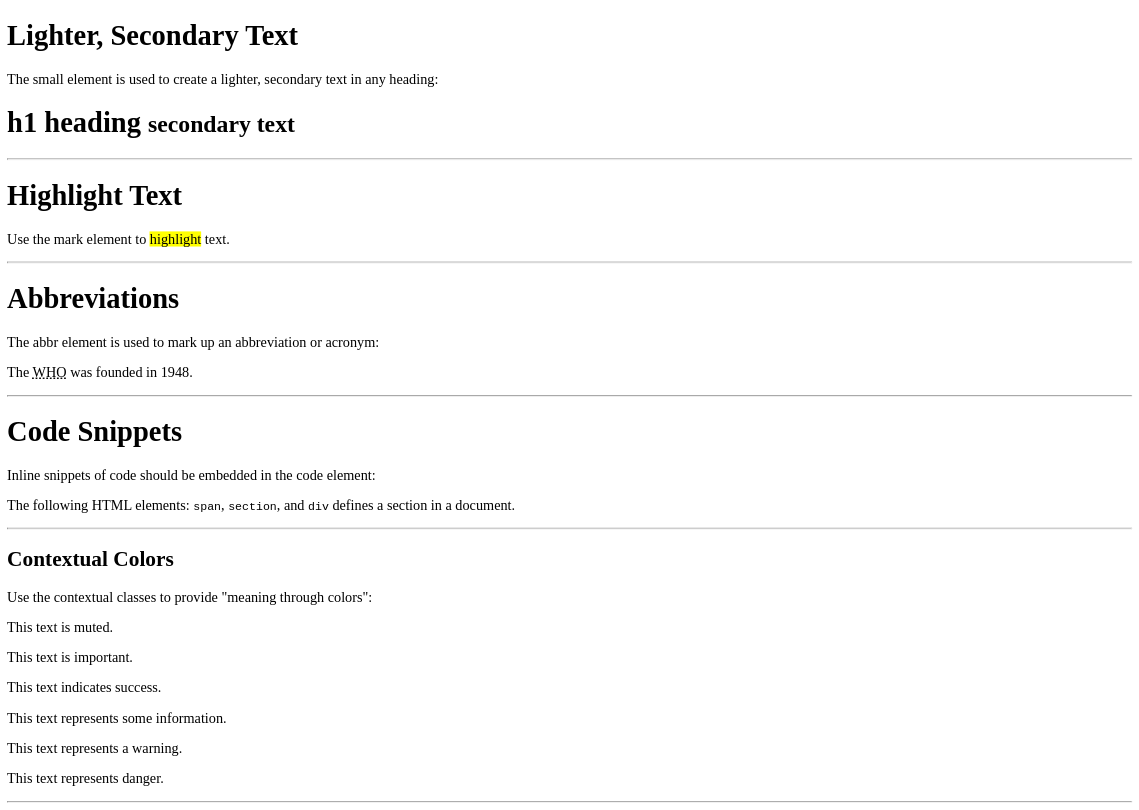
Repository: Sonalitanika/Assigment_IT17048842
Page: Lab09/WebContent/index.html
The author's editor kept a copy of each file at every save. The page is drawn from the files as they stood at one save, then again after the next save.
The browser window is 1280 px wide. The pictures show the whole page, at 89% of full size.

Above is the page before, as saved 2019-05-25 14:14:22.

### Lab09/WebContent/index.html
<!DOCTYPE html>
<html>
<head>
<meta charset="utf-8">
<title>Insert title here</title>
</head>
<body>

 <div class="row">
<h1>Lighter, Secondary Text</h1>
 <p>The small element is used to create a lighter,
secondary text in any heading:</p>
 <h1>h1 heading <small>secondary
text</small></h1> </div> <hr>

<div class="row">
<h1>Highlight Text</h1>
 <p>Use the mark element to
<mark>highlight</mark> text.</p>
 </div>
 <hr>

 <div class="row">
<h1>Abbreviations</h1>
 <p>The abbr element is used to mark up an
abbreviation or acronym:</p>
 <p>The <abbr title="World Health
Organization">WHO</abbr> was founded in
1948.</p> </div>
<hr>

<div class="row">
<h1>Code Snippets</h1>
 <p>Inline snippets of code should be embedded in
the code element:</p>
 <p>The following HTML elements:
<code>span</code>, <code>section</code>, and
<code>div</code> defines a section in
a document.</p> </div> <hr>

<div class="container">
 <h2>Contextual Colors</h2>
 <p>Use the contextual classes to provide "meaning through colors":</p>
 <p class="text-muted">This text is muted.</p>
 <p class="text-primary">This text is important.</p>
 <p class="text-success">This text indicates success.</p>
 <p class="text-info">This text represents some information.</p>
 <p class="text-warning">This text represents a warning.</p>
 <p class="text-danger">This text represents danger.</p>
</div>
<hr>


</body>
</html>

After the next save:
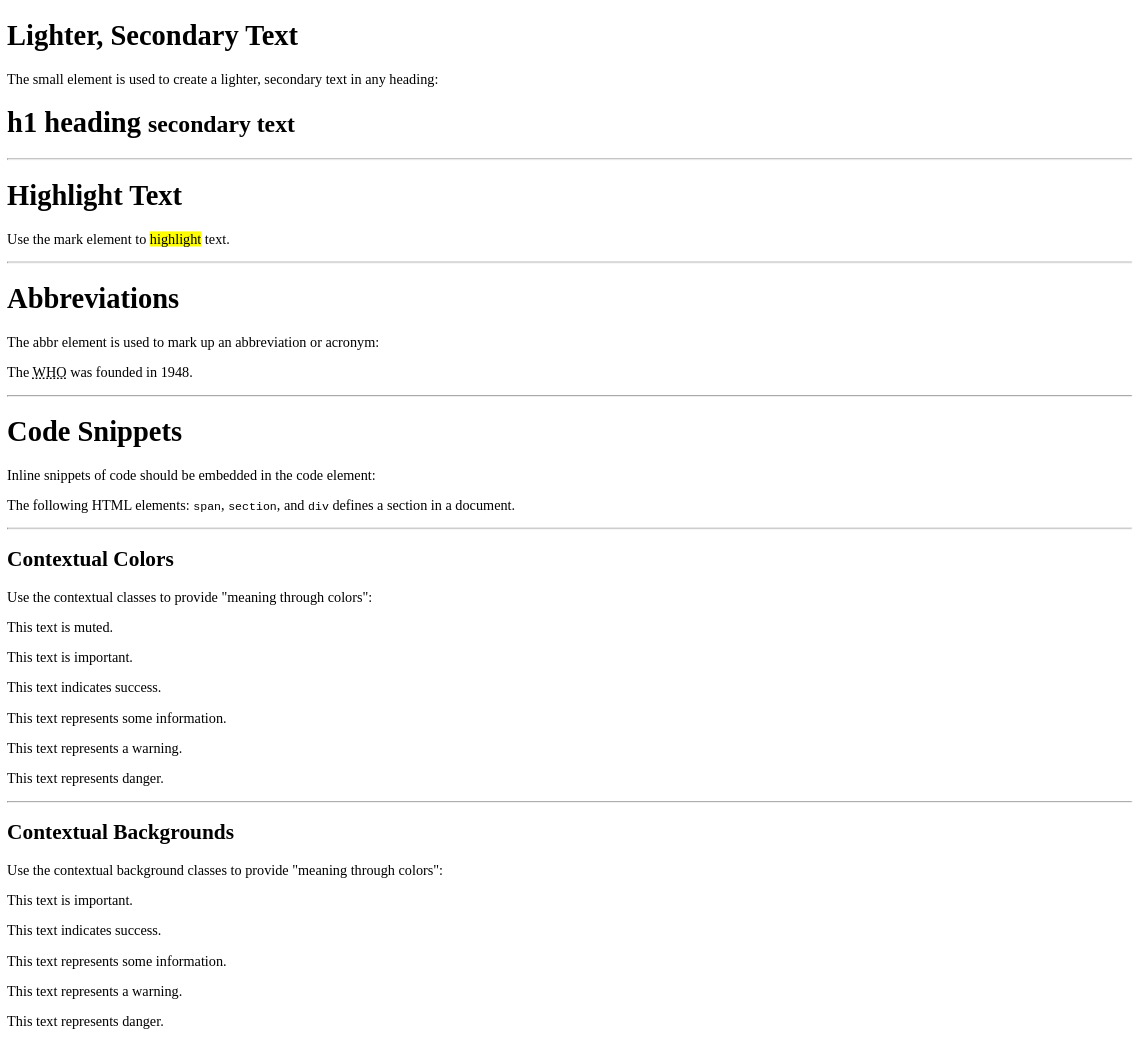
Saved 58 s later.
--- a/Lab09/WebContent/index.html
+++ b/Lab09/WebContent/index.html
@@ -50,6 +50,14 @@ a document.</p> </div> <hr>
 </div>
 <hr>
 
-
+<div class="container">
+ <h2>Contextual Backgrounds</h2>
+ <p>Use the contextual background classes to provide "meaning through colors":</p>
+ <p class="bg-primary">This text is important.</p>
+ <p class="bg-success">This text indicates success.</p>
+ <p class="bg-info">This text represents some information.</p>
+ <p class="bg-warning">This text represents a warning.</p>
+ <p class="bg-danger">This text represents danger.</p>
+</div>
 </body>
 </html>
